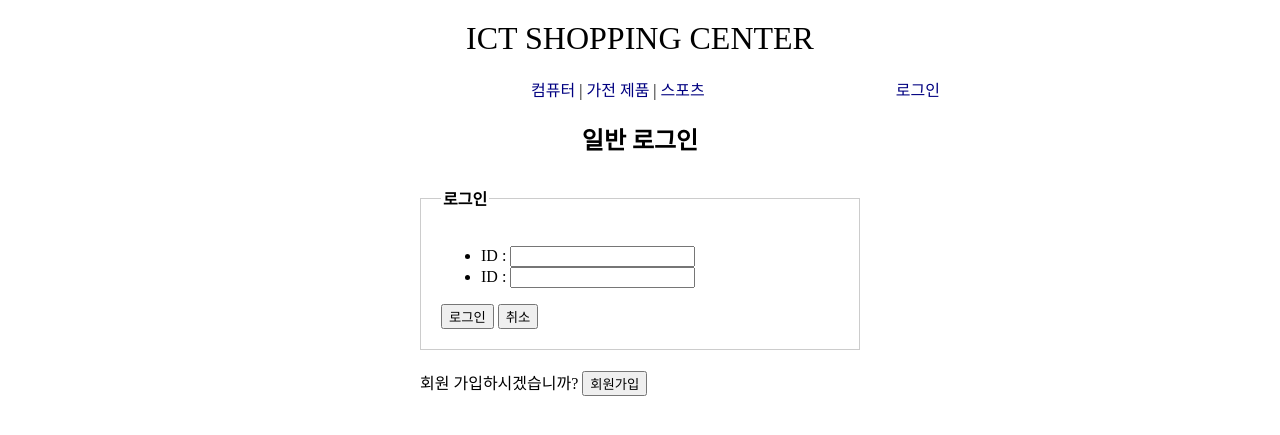
Repository: xlz5000/ICT
Page: http://localhost/spring_mvc02/WEB-INF/views/day09/loginForm.jsp
These files come from the project's save history. The page is drawn as it stood at one moment and after the next save; the edit follows.
The browser window is 1280 px wide. The pictures show the whole page.
The page is served by Tomcat 9. Nobody is signed in. Other server files are loaded and not shown. The template is opened directly, without the code that normally fills it, so the values that code supplies are empty.

Above is the page before, as saved 2025-04-17 00:52:40.

### spring_mvc02/src/main/webapp/WEB-INF/views/day09/loginForm.jsp
<%@ page language="java" contentType="text/html; charset=UTF-8"
    pageEncoding="UTF-8"%>
<%@taglib prefix="c" uri="http://java.sun.com/jsp/jstl/core" %>
<!DOCTYPE html>
<html>
<head>
<meta charset="UTF-8">
<title>Insert title here</title>
<style type="text/css">

#container{
	width: 500px;
	margin: 0 auto; /*중앙위치*/
	text-align:left; /*내부 폼요소 왼쪽 정렬*/

}


h2{
text-align: center;

}

fieldset{
margin: 20px 0;
padding: 20px;
border: 1px solid #ccc;

}

legend{
font-weight:  bold;

}

</style>
</head>
<body>

<%@ include file="../day08/top.jsp" %>
	<div id="container">
	<h2>일반 로그인</h2>
	<div id="login" style="margin: 30px;">
		<form action="/members_login_ok" method="post">
			<fieldset>
				<legend>로그인</legend>
				<ul>

					<li><label for="m_id">ID : </label>
						<input type="text" id="m_id" name="m_id" required>
					</li>
					<li><label for="m_pw">ID : </label>
						<input type="password" id="m_pw" name="m_pw" required>
					</li>

				</ul>

				<div id="buttons">
					<input type="submit" value="로그인">
					<input type="reset" value="취소">


				</div>

			</fieldset>

		</form>
		<div>
			회원 가입하시겠습니까? <input type="submit" value="회원가입">

		</div>

	</div>
</div>
</body>
</html>

### spring_mvc02/src/main/webapp/WEB-INF/views/day08/top.jsp
<%@ page language="java" contentType="text/html; charset=UTF-8"
	pageEncoding="UTF-8"%>
<%@ taglib prefix="c" uri="http://java.sun.com/jsp/jstl/core" %>
<!DOCTYPE html>
<html>
<head>
<meta charset="UTF-8">
<title>Insert title here</title>
<style>
a:link {
	text-decoration: none;
	color: navy
}

a:visited {
	text-decoration: none;
	color: navy
}

a:hover {
	text-decoration: none;
	color: red
}

body {
	text-align: center
}

hr {
	width: 600px;
	border: 1px;
	color: navy;
}

div#header, div#nav {
	width: 600px;
	margin: 20px auto;
	text-align: center;
}

div#wrap {
	margin: 0 auto;
}


div#log{float: right}

.title{
	font-size: 32px;

}
</style>
</head>
<body>
	<div id="wrap">

		<div id="header">
			<span class="title"> ICT SHOPPING CENTER </span>
		</div>

		<div id="nav">
			<a href="/day08?category=com001">컴퓨터</a> |
			<a href="/day08?category=ele002">가전 제품</a> |
			<a href="/day08?category=sp003">스포츠</a>


		<div id="log">
			<c:choose>
				<c:when test="${loginchk == 'ok' }">
				 ~~~님 환영합니다. |


				</c:when>
				<c:otherwise>
					<a href="/members_loginForm">로그인</a>


				</c:otherwise>



			</c:choose>


			</div>
		</div>
	</div>
</body>
</html>

After the next save:
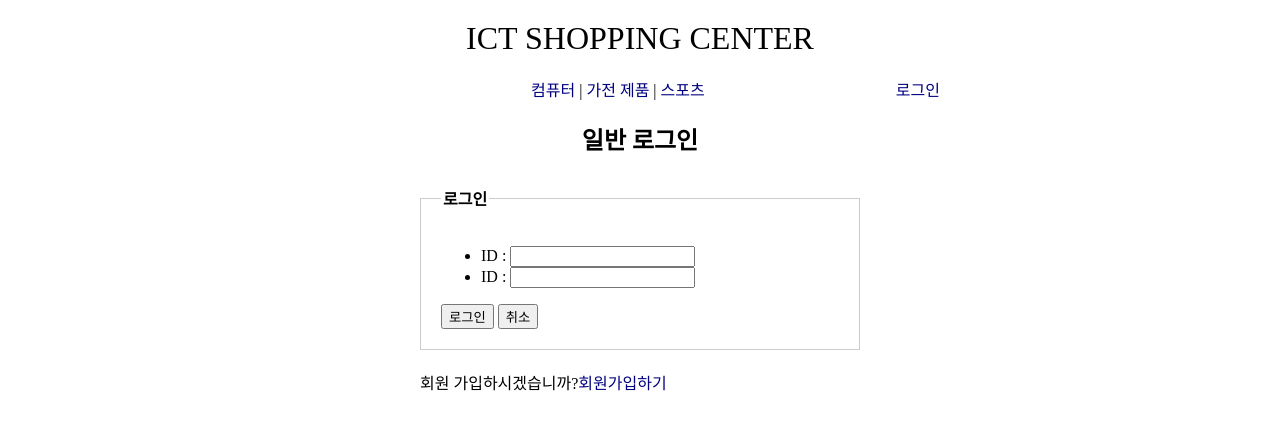
Saved 21 s later.
--- a/spring_mvc02/src/main/webapp/WEB-INF/views/day09/loginForm.jsp
+++ b/spring_mvc02/src/main/webapp/WEB-INF/views/day09/loginForm.jsp
@@ -66,7 +66,7 @@ font-weight:  bold;
 
 		</form>
 		<div>
-			회원 가입하시겠습니까? <input type="submit" value="회원가입">
+			회원 가입하시겠습니까?<span><a href="/members_join">회원가입하기</a></span>
 
 		</div>
 
